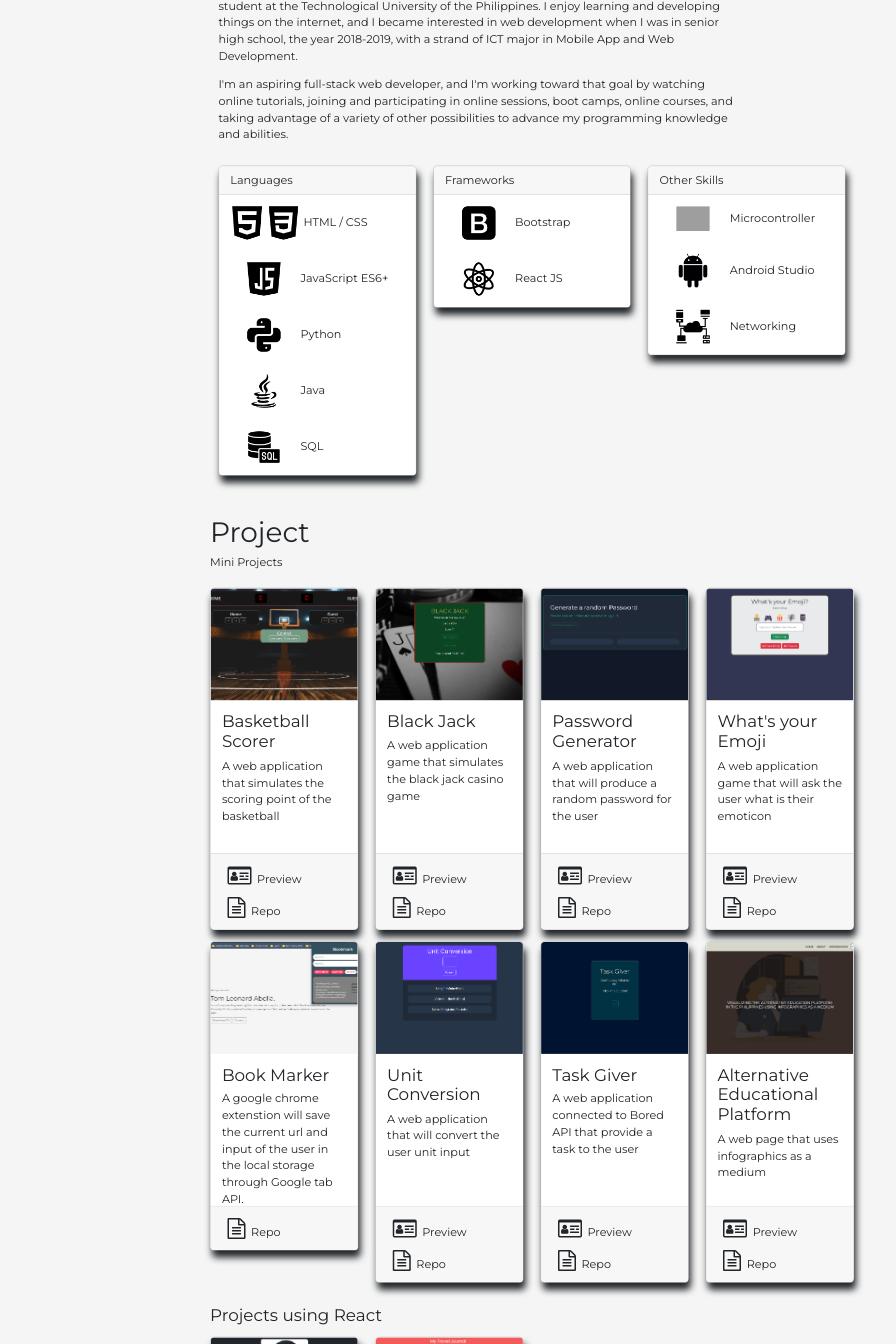
Repository: tom-abella/Portfolio
Page: index.html
The author's editor kept a copy of each file at every save. The page is drawn from the files as they stood at one save, then again after the next save.
The browser window is 1280 px wide. The pictures show the part of the page from y = 811 to 2731 px (the page is 3347 px tall), at 70% of full size.
Pictures or frames that could not be fetched are drawn as grey boxes.

Above is the page before, as saved 2022-11-25 11:23:18.
Console error: ReferenceError: emailjs is not defined

After the next save:
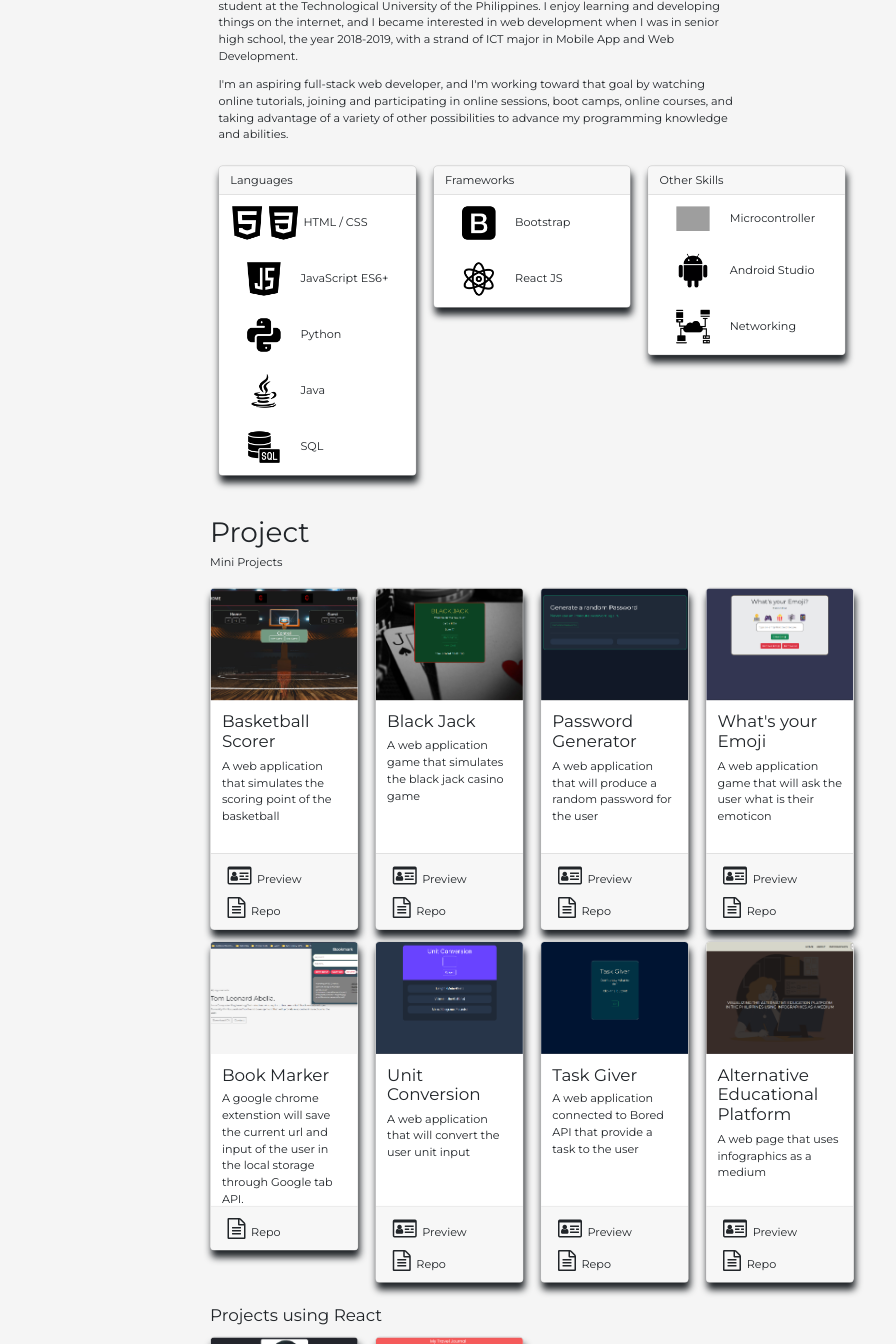
Saved 5 s later.
--- a/style.css
+++ b/style.css
@@ -17,7 +17,7 @@ img{
 
 }
 .card{
-    box-shadow: 3px 10px 10px #212529;
+    box-shadow: 2px 10px 10px #212529;
 }
 .navbar .nav-link.active{
     color:grey;
